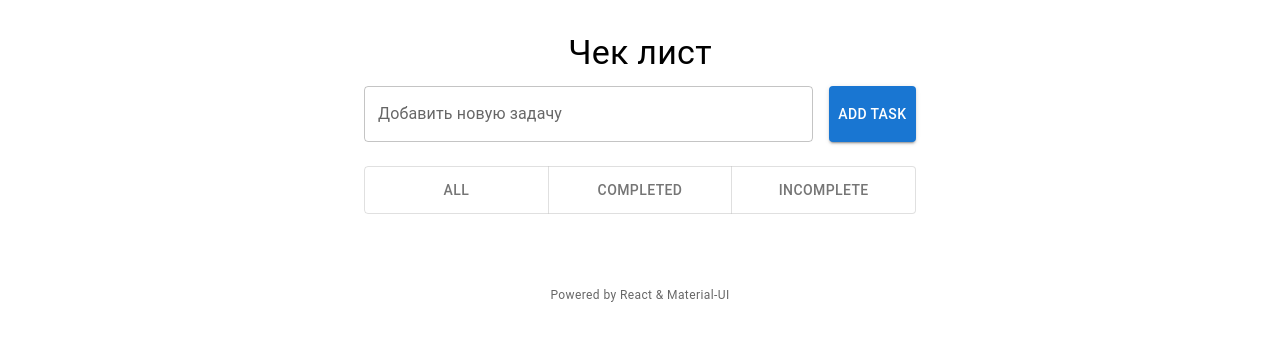
Repository: tobiaskoira/simple_web_service
Page: / (app in client/)
An editor plug-in stored every save of this project. The page is shown before and after the next save, followed by the edit.
The browser window is 1280 px wide. The pictures show the whole page.
The page's requests for data from a server got no answer. The project was rebuilt for these pictures with package versions that can differ from the ones it lists, and the page was loaded fresh each time. No one was signed in, and anything a server would have sent is missing.

Above is the page before, as saved 2024-12-22 23:30:15.

After the next save:
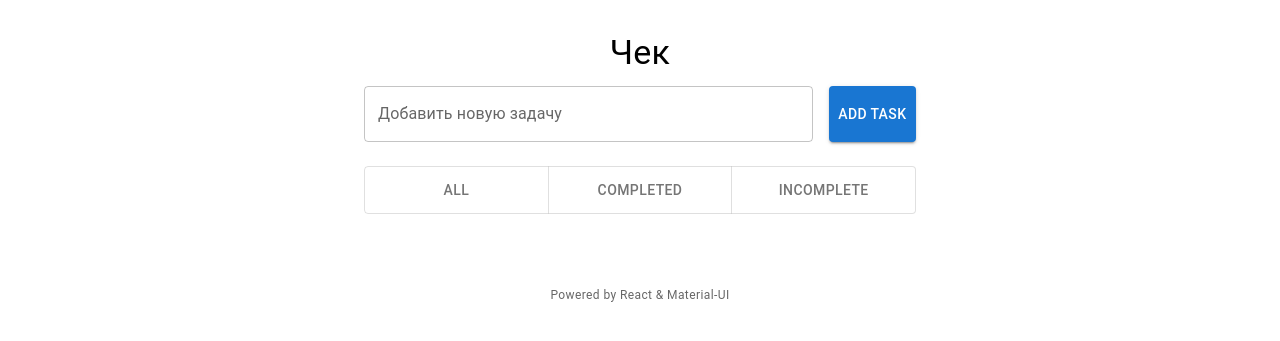
Saved 58 s later.
--- a/client/src/App.js
+++ b/client/src/App.js
@@ -69,7 +69,7 @@ const App = () => {
     return (
         <Container maxWidth="sm" sx={{ mt: 4 }}>
             <Typography variant="h4" align="center" gutterBottom>
-                Чек лист
+                Чек
             </Typography>
 
             {/* Task input */}
@@ -112,7 +112,7 @@ const App = () => {
                         secondaryAction={
                             <IconButton
                                 edge="end"
-                                aria-label="удалить"
+                                aria-label="delete"
                                 onClick={() => deleteTask(task._id)}
                             >
                                 <DeleteIcon />
